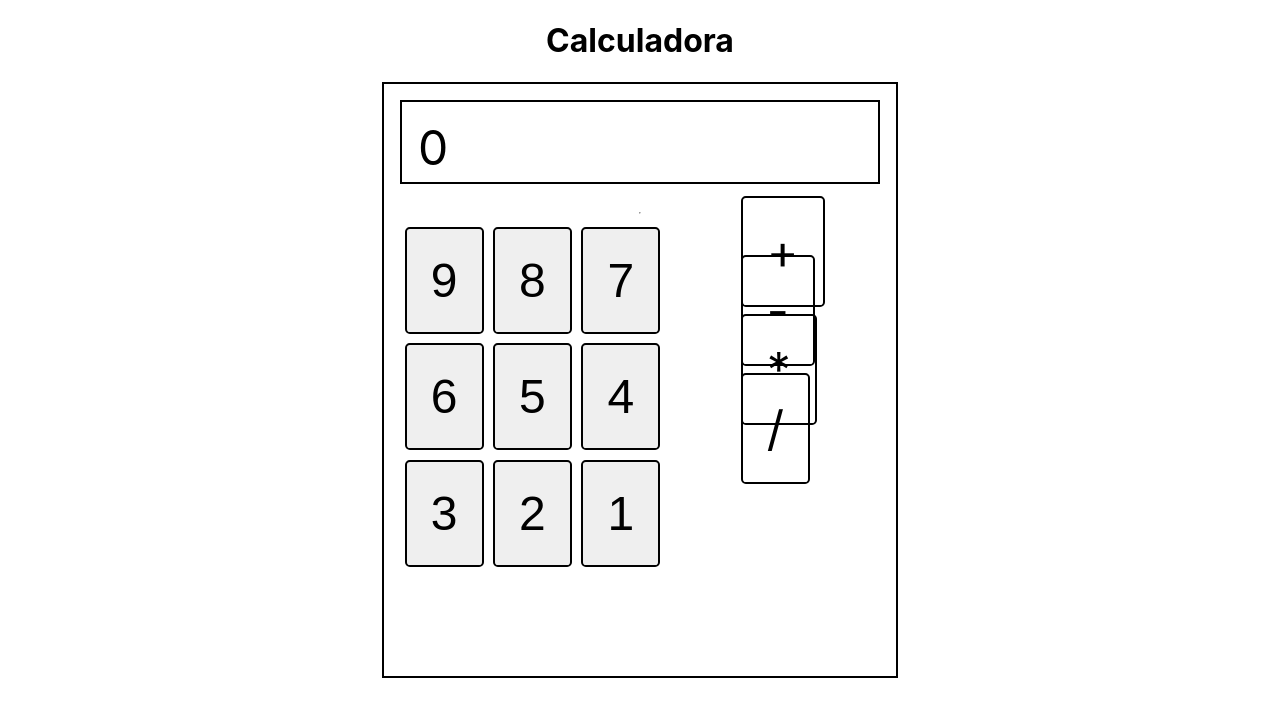
Repository: yamaka/curso-react-febrero-2022
Page: /
An editor plug-in stored every save of this project. The page is shown before and after the next save, followed by the edit.
The browser window is 1280 px wide. The pictures show the whole page.
The project was rebuilt for these pictures with package versions that can differ from the ones it lists, and the page was loaded fresh each time. Also part of the build but not shown: src/App.css, src/components/Zanahoria/Zanahoria.css, src/components/Zanahoria/Zanahoria.js, src/components/Zanahorias/Zanahorias.js, src/components/Lechuga/Lechuga.css, src/components/Lechuga/Lechuga.js, src/components/Calculadora/Calculadora.css, src/components/Calculadora/Calculadora.js and 4 more.

Above is the page before, as saved 2022-03-02 18:41:42.

After the next save:
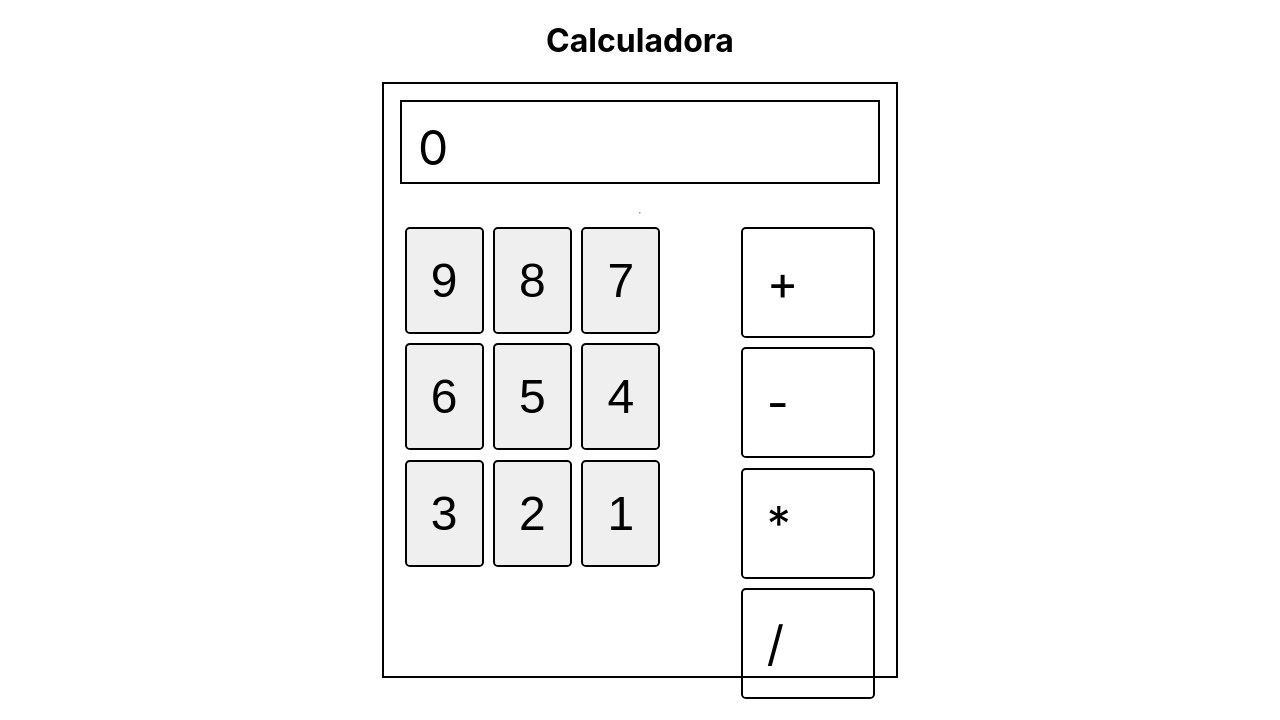
Saved 79 s later.
--- a/src/hooks/components/BotonOperacion/BotonOperacion.js
+++ b/src/hooks/components/BotonOperacion/BotonOperacion.js
@@ -3,10 +3,8 @@ import "./BotonOperacion.css";
 
 const BotonOperacion = ({ operator, onPress }) => {
   return (
-    <div>
-      <span className="boton-operacion" onClick={() => onPress(operator)}>
-        {operator}
-      </span>
+    <div className="boton-operacion">
+      <span onClick={() => onPress(operator)}>{operator}</span>
     </div>
   );
 };
